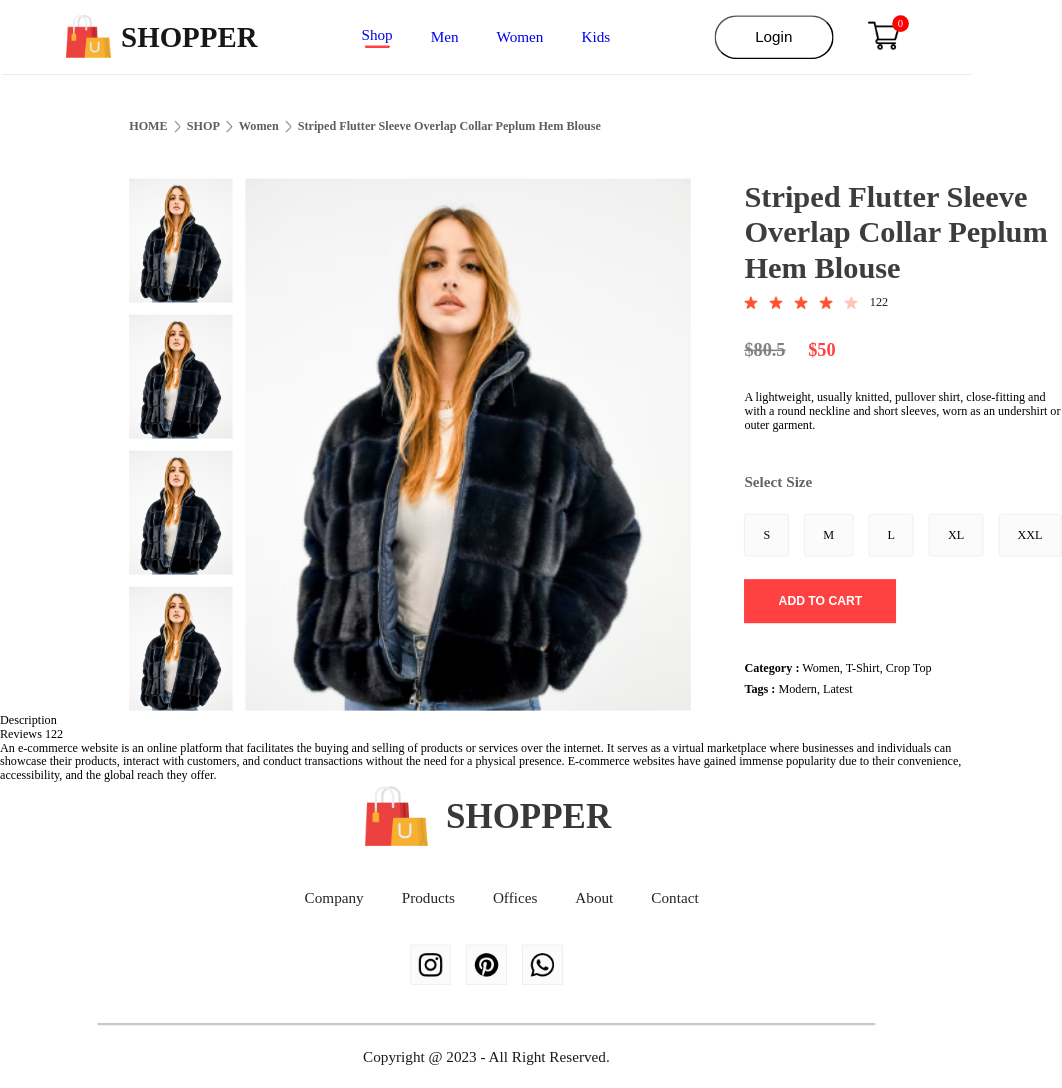
Repository: Nandhini653/SHOPPER-ECOM
Page: /product/1
An editor plug-in stored every save of this project. The page is shown before and after a run of saves, followed by the edit.
The browser window is 1280 px wide. The page is 1397 px wide, so the pictures cover 1397 px, including what lies to the right of the window. The pictures show the whole page, at 76% of full size.
The project was rebuilt for these pictures with package versions that can differ from the ones it lists, and the page was loaded fresh each time. Also part of the build but not shown: src/App.css, src/Pages/CSS/ShopCategory.css, src/Components/Item/Item.css, src/Components/Item/Item.jsx, src/Pages/ShopCategory.jsx, src/Pages/Cart.jsx, src/Pages/CSS/LoginSignup.css, src/Pages/LoginSignup.jsx and 14 more.

Above is the page before, as saved 2024-06-24 17:41:01.

### src/index.css
* {
  margin: 0;
}

body {
  margin: 0;
  font-family: -apple-system, BlinkMacSystemFont, 'Segoe UI', 'Roboto', 'Oxygen',
    'Ubuntu', 'Cantarell', 'Fira Sans', 'Droid Sans', 'Helvetica Neue',
    sans-serif;
  -webkit-font-smoothing: antialiased;
  -moz-osx-font-smoothing: grayscale;
  font-family: 'poppins';
}

code {
  font-family: source-code-pro, Menlo, Monaco, Consolas, 'Courier New',
    monospace;
}

### src/App.js

import './App.css';
import Navbar from './Components/Navbar/Navbar';
import ShopCategory from './Pages/ShopCategory';
import Cart from './Pages/Cart';
import LoginSignup from './Pages/LoginSignup';
import Product from './Pages/Product';
import Shop from './Pages/Shop';
import Footer from './Components/Footer/Footer';
import men_banner from './Components/Assests/banner_mens.png'
import women_banner from './Components/Assests/banner_women.png'
import kid_banner from './Components/Assests/banner_kids.png'

import { BrowserRouter,Routes,Route } from 'react-router-dom';

function App() {
  return (
    <div>
      <BrowserRouter>
      <Navbar/>
      <Routes>
        <Route path = '/' element={<Shop/>}/>
        <Route path = '/mens' element={<ShopCategory  banner={men_banner}category="men"/>}/>
        <Route path = '/womens' element={<ShopCategory banner={women_banner} category="women"/>}/>
        <Route path = '/kids' element={<ShopCategory  banner= {kid_banner} category="kids"/>}/>
        <Route path= '/product' element={<Product/>}/>
        <Route path='/product/:productId' element={<Product />} />
        <Route path='/cart' element={<Cart/>}/>
        <Route path='/login' element={<LoginSignup/>}/>
      </Routes>
      <Footer/>
      </BrowserRouter>

    </div>
  );
}

export default App;

### src/Context/ShopContext.jsx
 import React , { createContext, useContext } from "react";
 import all_product from '../Components/Assests/all_product';

export const ShopContext = createContext(null);

const ShopContextProvider = (props) => {

    const contextValue = {all_product};

    return (
        <ShopContext.Provider value ={contextValue}>
            {props.children}
        </ShopContext.Provider>
    )
}
export default ShopContextProvider;

### src/Components/Navbar/Navbar.jsx
import React, { useState } from 'react'
import './Navbar.css'
import logo from '../Assests/logo.png'
import cart_icon from '../Assests/cart_icon.png'
import { Link } from 'react-router-dom'


const Navbar = () => {

    const [menu, setMenu] = useState("shop")
  return (
    <div className='navbar'>
        <div className="nav-logo">
            <img src={logo} alt="logo" />
            <p>SHOPPER</p>
        </div>
      <div className="nav-menu">
        <li onClick={()=> {setMenu("shop")}}> <Link  style ={{textDecoration: 'none '}} to='/'>Shop</Link> {menu === "shop"? <hr/> :<></>}</li>
        <li onClick={()=> {setMenu("mens")}}><Link style ={{textDecoration: 'none '}} to='/mens'>Men</Link>  {menu === "mens"? <hr/> :<></>}</li>
        <li onClick={()=> {setMenu("womens")}}><Link style ={{textDecoration: 'none '}} to='/womens'>Women </Link> {menu === "womens"? <hr/> :<></>}</li>
        <li onClick={()=> {setMenu("kids")}}><Link style ={{textDecoration: 'none '}} to='/kids'>Kids</Link>  {menu === "kids"? <hr/> :<></>}</li>
      </div>
      <div className="nav-login-cart">
        <Link to='/login'><button>Login</button></Link>
        <Link to='/cart'><img src= {cart_icon} alt='cart-icon'/></Link>
        <div className="nav-cart-count">0</div>
      </div>
    </div>
  )
}

export default Navbar

### src/Pages/Product.jsx
import React, { useContext } from 'react'
import { useParams } from 'react-router-dom';
import {ShopContext} from '../Context/ShopContext'
import Breadcrums from '../Components/Breadcrums/Breadcrums';
import ProductDisplay from '../Components/ProductDisplay/ProductDisplay';
import DescriptionBox from '../Components/DescriptionBox/DescriptionBox';

const Product = () => {
  const {all_product} = useContext(ShopContext);
  const {productId} = useParams();
  const product =all_product.find((e)=> e.id === Number(productId));
  return (
    <div>
      <Breadcrums product={product}/>
      <ProductDisplay product={product}/>
      <DescriptionBox />
    </div>
  )
}

export default Product

### src/Components/Footer/Footer.jsx
import React from 'react'
import './Footer.css'
import footer_logo from '../Assests/logo_big.png'
import instagram_icon from '../Assests/instagram_icon.png'
import pintester_icon from '../Assests/pintester_icon.png'
import whatsapp_icon from '../Assests/whatsapp_icon.png'

const Footer = () => {
    return (
        <div className='footer'>
            <div className="footer-logo">
                <img src={footer_logo} alt='' />
                <p>SHOPPER</p>
            </div>
            <ul className='footer-links'>
                <li>Company</li>
                <li>Products</li>
                <li>Offices</li>
                <li>About</li>
                <li>Contact</li>
            </ul>
            <div className="footer-social-icon">
                <div className="footer-icons-container">
                    <img src={instagram_icon} alt="" />
                </div>
                <div className="footer-icons-container">
                    <img src={pintester_icon} alt="" />
                </div>
                <div className="footer-icons-container">
                    <img src={whatsapp_icon} alt="" />
                </div>
            </div>
             <div className="footer-copyright">
                <hr/>
                <p> Copyright @ 2023 - All Right Reserved.</p>
             </div>
        </div>
    )
}

export default Footer

### src/Components/Assests/all_product.js
import p1_img from "./product_1.png";
import p2_img from "./product_2.png";
import p3_img from "./product_3.png";
import p4_img from "./product_4.png";
import p5_img from "./product_5.png";
import p6_img from "./product_6.png";
import p7_img from "./product_7.png";
import p8_img from "./product_8.png";
import p9_img from "./product_9.png";
import p10_img from "./product_10.png";
import p11_img from "./product_11.png";
import p12_img from "./product_12.png";
import p13_img from "./product_13.png";
import p14_img from "./product_14.png";
import p15_img from "./product_15.png";
import p16_img from "./product_16.png";
import p17_img from "./product_17.png";
import p18_img from "./product_18.png";
import p19_img from "./product_19.png";
import p20_img from "./product_20.png";
import p21_img from "./product_21.png";
import p22_img from "./product_22.png";
import p23_img from "./product_23.png";
import p24_img from "./product_24.png";
import p25_img from "./product_25.png";
import p26_img from "./product_26.png";
import p27_img from "./product_27.png";
import p28_img from "./product_28.png";
import p29_img from "./product_29.png";
import p30_img from "./product_30.png";
import p31_img from "./product_31.png";
import p32_img from "./product_32.png";
import p33_img from "./product_33.png";
import p34_img from "./product_34.png";
import p35_img from "./product_35.png";
import p36_img from "./product_36.png";

let all_product = [
  {
    id: 1,
    name: "Striped Flutter Sleeve Overlap Collar Peplum Hem Blouse",
    category: "women",
    image: p1_img,
    new_price: 50.0,
    old_price: 80.5,
  },
  {
    id: 2,
    name: "Striped Flutter Sleeve Overlap Collar Peplum Hem Blouse",
    category: "women",
    image: p2_img,
    new_price: 85.0,
    old_price: 120.5,
  },
  {
    id: 3,
    name: "Striped Flutter Sleeve Overlap Collar Peplum Hem Blouse",
    category: "women",
    image: p3_img,
    new_price: 60.0,
    old_price: 100.5,
  },
  {
    id: 4,
    name: "Striped Flutter Sleeve Overlap Collar Peplum Hem Blouse",
    category: "women",
    image: p4_img,
    new_price: 100.0,
    old_price: 150.0,
  },
  {
    id: 5,
    name: "Striped Flutter Sleeve Overlap Collar Peplum Hem Blouse",
    category: "women",
    image: p5_img,
    new_price: 85.0,
    old_price: 120.5,
  },
  {
    id: 6,
    name: "Striped Flutter Sleeve Overlap Collar Peplum Hem Blouse",
    category: "women",
    image: p6_img,
    new_price: 85.0,
    old_price: 120.5,
  },
  {
    id: 7,
    name: "Striped Flutter Sleeve Overlap Collar Peplum Hem Blouse",
    category: "women",
    image: p7_img,
    new_price: 85.0,
    old_price: 120.5,
  },
  {
    id: 8,
    name: "Striped Flutter Sleeve Overlap Collar Peplum Hem Blouse",
    category: "women",
    image: p8_img,
    new_price: 85.0,
    old_price: 120.5,
  },
  {
    id: 9,
    name: "Striped Flutter Sleeve Overlap Collar Peplum Hem Blouse",
    category: "women",
    image: p9_img,
    new_price: 85.0,
    old_price: 120.5,
  },
  {
    id: 10,
    name: "Striped Flutter Sleeve Overlap Collar Peplum Hem Blouse",
    category: "women",
    image: p10_img,
    new_price: 85.0,
    old_price: 120.5,
  },
  {
    id: 11,
    name: "Striped Flutter Sleeve Overlap Collar Peplum Hem Blouse",
    category: "women",
    image: p11_img,
    new_price: 85.0,
    old_price: 120.5,
  },
  {
    id: 12,
    name: "Striped Flutter Sleeve Overlap Collar Peplum Hem Blouse",
    category: "women",
    image: p12_img,
    new_price: 85.0,
    old_price: 120.5,
  },
  {
    id: 13,
    name: "Men Green Solid Zippered Full-Zip Slim Fit Bomber Jacket",
    category: "men",
    image: p13_img,
    new_price: 85.0,
    old_price: 120.5,
  },
  {
    id: 14,
    name: "Men Green Solid Zippered Full-Zip Slim Fit Bomber Jacket",
    category: "men",
    image: p14_img,
    new_price: 85.0,
    old_price: 120.5,
  },
  {
    id: 15,
    name: "Men Green Solid Zippered Full-Zip Slim Fit Bomber Jacket",
    category: "men",
    image: p15_img,
    new_price: 85.0,
    old_price: 120.5,
  },
  {
    id: 16,
    name: "Men Green Solid Zippered Full-Zip Slim Fit Bomber Jacket",
    category: "men",
    image: p16_img,
    new_price: 85.0,
    old_price: 120.5,
  },
  {
    id: 17,
    name: "Men Green Solid Zippered Full-Zip Slim Fit Bomber Jacket",
    category: "men",
    image: p17_img,
    new_price: 85.0,
    old_price: 120.5,
  },
  {
    id: 18,
    name: "Men Green Solid Zippered Full-Zip Slim Fit Bomber Jacket",
    category: "men",
    image: p18_img,
    new_price: 85.0,
    old_price: 120.5,
  },
  {
    id: 19,
    name: "Men Green Solid Zippered Full-Zip Slim Fit Bomber Jacket",
    category: "men",
    image: p19_img,
    new_price: 85.0,
    old_price: 120.5,
  },
  {
    id: 20,
    name: "Men Green Solid Zippered Full-Zip Slim Fit Bomber Jacket",
    category: "men",
    image: p20_img,
    new_price: 85.0,
    old_price: 120.5,
  },
  {
    id: 21,
    name: "Men Green Solid Zippered Full-Zip Slim Fit Bomber Jacket",
    category: "men",
    image: p21_img,
    new_price: 85.0,
    old_price: 120.5,
  },
  {
    id: 22,
    name: "Men Green Solid Zippered Full-Zip Slim Fit Bomber Jacket",
    category: "men",
    image: p22_img,
    new_price: 85.0,
    old_price: 120.5,
  },
  {
    id: 23,
    name: "Men Green Solid Zippered Full-Zip Slim Fit Bomber Jacket",
    category: "men",
    image: p23_img,
    new_price: 85.0,
    old_price: 120.5,
  },
  {
    id: 24,
    name: "Men Green Solid Zippered Full-Zip Slim Fit Bomber Jacket",
    category: "men",
    image: p24_img,
    new_price: 85.0,
    old_price: 120.5,
  },
  {
    id: 25,
    name: "Boys Orange Colourblocked Hooded Sweatshirt",
    category: "kid",
    image: p25_img,
    new_price: 85.0,
    old_price: 120.5,
  },
  {
    id: 26,
    name: "Boys Orange Colourblocked Hooded Sweatshirt",
    category: "kid",
    image: p26_img,
    new_price: 85.0,
    old_price: 120.5,
  },
  {
    id: 27,
    name: "Boys Orange Colourblocked Hooded Sweatshirt",
    category: "kid",
    image: p27_img,
    new_price: 85.0,
    old_price: 120.5,
  },
  {
    id: 28,
    name: "Boys Orange Colourblocked Hooded Sweatshirt",
    category: "kid",
    image: p28_img,
    new_price: 85.0,
    old_price: 120.5,
  },
  {
    id: 29,
    name: "Boys Orange Colourblocked Hooded Sweatshirt",
    category: "kid",
    image: p29_img,
    new_price: 85.0,
    old_price: 120.5,
  },
  {
    id: 30,
    name: "Boys Orange Colourblocked Hooded Sweatshirt",
    category: "kid",
    image: p30_img,
    new_price: 85.0,
    old_price: 120.5,
  },
  {
    id: 31,
    name: "Boys Orange Colourblocked Hooded Sweatshirt",
    category: "kid",
    image: p31_img,
    new_price: 85.0,
    old_price: 120.5,
  },
  {
    id: 32,
    name: "Boys Orange Colourblocked Hooded Sweatshirt",
    category: "kid",
    image: p32_img,
    new_price: 85.0,
    old_price: 120.5,
  },
  {
    id: 33,
    name: "Boys Orange Colourblocked Hooded Sweatshirt",
    category: "kid",
    image: p33_img,
    new_price: 85.0,
    old_price: 120.5,
  },
  {
    id: 34,
    name: "Boys Orange Colourblocked Hooded Sweatshirt",
    category: "kid",
    image: p34_img,
    new_price: 85.0,
    old_price: 120.5,
  },
  {
    id: 35,
    name: "Boys Orange Colourblocked Hooded Sweatshirt",
    category: "kid",
    image: p35_img,
    new_price: 85.0,
    old_price: 120.5,
  },
  {
    id: 36,
    name: "Boys Orange Colourblocked Hooded Sweatshirt",
    category: "kid",
    image: p36_img,
    new_price: 85.0,
    old_price: 120.5,
  },
];

export default all_product;

### src/Components/Navbar/Navbar.css
  .navbar {
    display: flex;
    justify-content: space-around;
    padding: 16px;
    box-shadow: 0 1px 3px -2px black;
  }

  .nav-logo {
    display: flex;
    align-items: center;
    gap: 10px;
  }

  .nav-logo p{
    color: #171717;
    font-size: 38px;
    font-weight: 600;
  }
  .nav-menu {
    display: flex;
    align-items: center;
    list-style: none;
    gap: 50px;
    color: #626262;
    font-size: 20px;
    font-weight: 500;
  }

  .nav-menu li {
    display: flex;
    flex-direction: column;
    align-items: center;
    justify-content: center;
    gap: 3px;
    cursor: pointer;
  }

  .nav-menu hr {
    border: none;
    width: 80%;
    height: 3px;
    border-radius: 10px;
    background: #FF4141;
  }

.nav-login-cart {
    display: flex;
    align-items: center;
    gap: 45px;
}

.nav-login-cart button {
    width: 157px;
    height: 58px;
    outline: none;
    border: 1 px solid #7a7a7a;
    border-radius: 75px;
    font-size: 20px;
    font-weight: 500;
    background: white;
    cursor: pointer;
}

.nav-login-cart button:active {
    background: #f3f3f3;
}

.nav-cart-count {
    width: 22px;
    height: 22px;
    display: flex;
    justify-content: center;
    align-items: center;
    margin-top: -35px;
    margin-left: -55px;
    border-radius: 11px;
    font-size: 14px;
    background: red;
    color: white;

}

### src/Components/Breadcrums/Breadcrums.jsx
import React from 'react'
import './Breadcrums.css'
import arrow_icon from '../Assests/breadcrum_arrow.png'

const Breadcrums = (props) => {
    const {product} = props;
  return (
    <div className='breadcrum'>
      HOME <img src={arrow_icon} alt=''/> SHOP <img src={arrow_icon} alt=''/> {product.category} <img src={arrow_icon} alt=''/>
      {product.name}


    </div>
  )
}

export default Breadcrums

### src/Components/ProductDisplay/ProductDisplay.jsx
import React from 'react'
import './ProductDisplay.css'
import star_icon from '../Assests/star_icon.png'
import star_dull_icon from '../Assests/star_dull_icon.png'


const ProductDisplay = (props) => {
  const { product } = props;
  return (
    <div className='productdisplay'>
      <div className="productdisplay-left">
        <div className="productdisplay-img-list">
          <img src={product.image} alt="" />
          <img src={product.image} alt="" />
          <img src={product.image} alt="" />
          <img src={product.image} alt="" />
        </div>

        <div className="productdisplay-img">
          <img className='productdisplay-main-img' src={product.image} alt='' />
        </div>

      </div>

      <div className="productdisplay-right">
        <h1> {product.name}</h1>
        <div className="productdisplay-right-stars">
          <img src={star_icon} alt="" />
          <img src={star_icon} alt="" />
          <img src={star_icon} alt="" />
          <img src={star_icon} alt="" />
          <img src={star_dull_icon} alt="" />
          <p> {122}</p>
        </div>

        <div className="productdisplay-right-prices">
          <div className="productdisplay-right-price-old">
            ${product.old_price} </div>
          <div className="productdisplay-right-price-new">
            ${product.new_price}</div>
        </div>
        <div className="productdisplay-right-description">
         <p> A lightweight, usually knitted, pullover shirt, close-fitting and with a round neckline and short sleeves, worn as an undershirt or outer garment.</p>
        </div>
        <div className="productdisplay-right-size">
          <h1> Select Size</h1>
          <div className="productdisplay-right-sizes">
             <div>S</div>
             <div>M</div>
             <div>L</div>
             <div>XL</div>
             <div>XXL</div>
          </div>
        </div>
        <button>ADD TO CART </button>
        <p className='productdisplay-right-category'><span> Category :</span> Women, T-Shirt, Crop Top  </p>
        <p className='productdisplay-right-category'><span> Tags :</span> Modern, Latest </p>

      </div>
    </div>
  )
}

export default ProductDisplay

### src/Components/DescriptionBox/DescriptionBox.jsx
import React from 'react'
import './DescriptionBox.css'

const DescriptionBox = () => {
    return (
        <div className='descriptionbox'>
            <div className="descriptionbox-navigator">
                <div className="descriptionbox-nav-box">Description</div>
                <div className="descriptionbox-nav-box fade">Reviews {122}</div>
            </div>
            <div className="description-description">
                <p>An e-commerce website is an online platform that facilitates the buying and selling of products or services over the internet. It serves as a virtual marketplace where businesses and individuals can showcase their products, interact with customers, and conduct transactions without the need for a physical presence. E-commerce websites have gained immense popularity due to their convenience, accessibility, and the global reach they offer.
                   </p>
                <p></p>
            </div>
        </div>
    )
}

export default DescriptionBox

### src/Components/Footer/Footer.css
.footer {
    display: flex;
    flex-direction: column;
    justify-content: center;
    align-items: center;
    gap: 50px;
}

.footer-logo {
    display: flex;
    align-items: center;
    gap: 20px;
}

.footer-logo p {
    color: #383838;
    font-size: 46px;
    font-weight: 700;
}

.footer-links {
    display: flex;
    list-style: none;
    gap: 50px;
    color: #252525;
    font-size: 20px;
}

.footer-links li {
    cursor: pointer;
}

.footer-social-icon {
    display: flex;
    gap: 20px;
}

.footer-icons-container {
    padding: 10px;
    padding-bottom: 6px;
    background: #fbfbfb;
    border: 1px solid #ebebeb;
}

.footer-copyright {
    display: flex;
    flex-direction: column;
    align-items: center;
    gap: 30px;
    width: 100%;
    margin-bottom: 30px;
    color:#1a1a1a;
    font-size: 20px;
}

.footer-copyright hr {
     width: 80%;
     border: none;
     border-radius: 10px;
     height: 3px;
     background:#c7c7c7 ;
}

### src/Components/ProductDisplay/ProductDisplay.css
.productdisplay {
    display:flex ;
    margin: 0px 170px;
}

.productdisplay-left {
    display: flex;
    gap: 17px;
}

.productdisplay-img-list {
    display: flex;
    flex-direction: column;
    gap: 16px;
}

.productdisplay-img-list img {
    height: 163px;
}

.productdisplay-main-img {
    width: 586px;
    height: 700px;
}

.productdisplay-right {
    margin: 0px 70px;
    display: flex;
    flex-direction: column;
}

.productdisplay-right h1 {
    color: #3d3d3d;
    font-size: 40px;
    font-weight: 700;
}

.productdisplay-right-stars {
    display: flex;
    align-items: center;
    margin-top: 13px;
    gap: 15px;
    color: #1c1c1c;
    font-size: 16px;
}

.productdisplay-right-prices {
    display: flex;
    margin: 40px 0px;
    gap: 30px;
    font-size: 24px;
    font-weight: 700;
}

.productdisplay-right-price-old {
    color: #818181;
    text-decoration: line-through;
}

.productdisplay-right-price-new {
    color: #ff4141;
}

.productdisplay-right-size h1 {
    margin-top: 55px;
    color: #656565;
    font-size: 20px;
    font-weight: 600;
}

.productdisplay-right-sizes {
   display: flex;
   margin: 30px 0px;
   gap: 20px;
}

.productdisplay-right-sizes div {
    padding: 18px 24px;
    background: #fbfbfb;
    border: 1px solid #ebebeb;
    border-radius: 3px;
    cursor: pointer;
}

.productdisplay-right button {
    padding: 20px 40px;
    width: 200px;
    font-size: 16px;
    font-weight: 600;
    color: white;
    background: #ff4141;
    margin-bottom: 40px;
    border: none;
    outline: none;
    cursor: pointer;
}

.productdisplay-right-category {
    margin-top: 10px;
}

.productdisplay-right-category span {
    font-weight: 600;
}

Loaded but not shown: src/index.js (common file); src/reportWebVitals.js (common file); src/Components/Breadcrums/Breadcrums.css (common file)

After the next 3 saves:
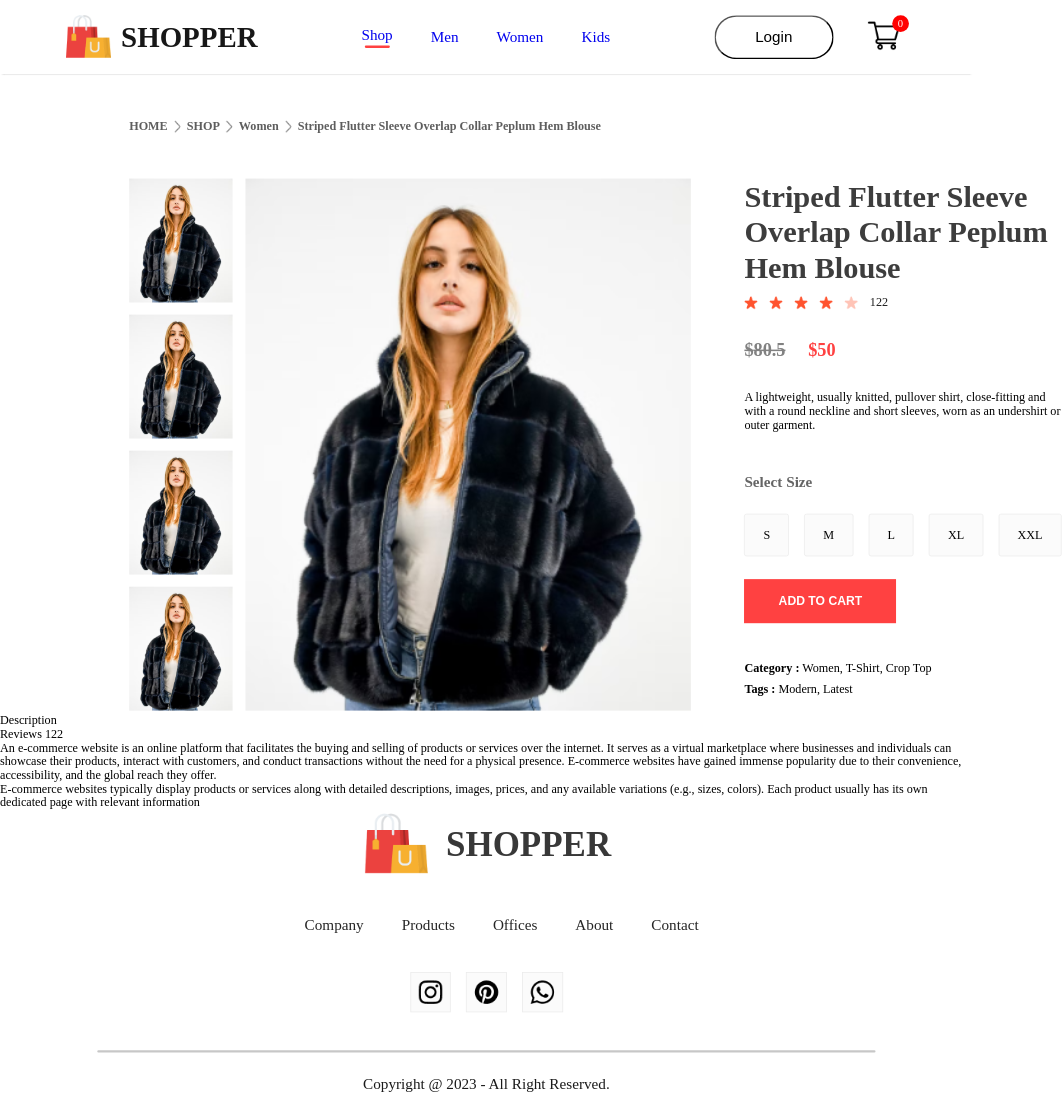
The 3 saves are shown as one change because they came seconds apart.
The last was saved 10 s later.
--- a/src/Components/DescriptionBox/DescriptionBox.jsx
+++ b/src/Components/DescriptionBox/DescriptionBox.jsx
@@ -9,9 +9,8 @@ const DescriptionBox = () => {
                 <div className="descriptionbox-nav-box fade">Reviews {122}</div>
             </div>
             <div className="description-description">
-                <p>An e-commerce website is an online platform that facilitates the buying and selling of products or services over the internet. It serves as a virtual marketplace where businesses and individuals can showcase their products, interact with customers, and conduct transactions without the need for a physical presence. E-commerce websites have gained immense popularity due to their convenience, accessibility, and the global reach they offer.
-                   </p>
-                <p></p>
+                <p>An e-commerce website is an online platform that facilitates the buying and selling of products or services over the internet. It serves as a virtual marketplace where businesses and individuals can showcase their products, interact with customers, and conduct transactions without the need for a physical presence. E-commerce websites have gained immense popularity due to their convenience, accessibility, and the global reach they offer.</p>
+                <p> E-commerce websites typically display products or services along with detailed descriptions, images, prices, and any available variations (e.g., sizes, colors). Each product usually has its own dedicated page with relevant information</p>
             </div>
         </div>
     )
